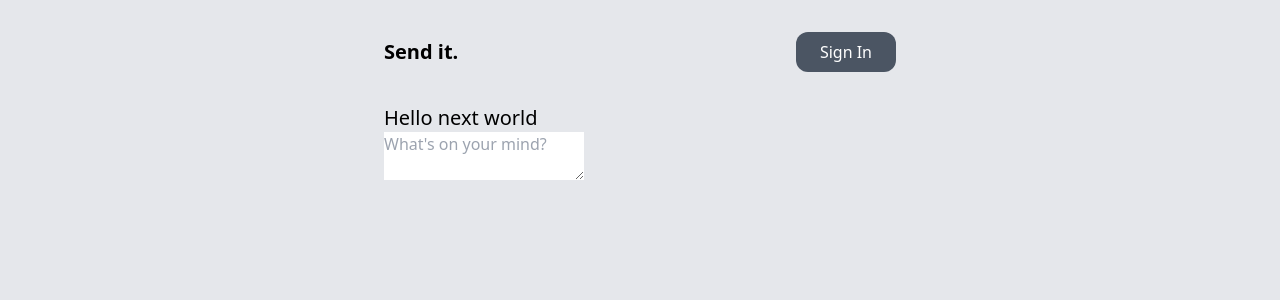
Repository: AMT98/SEND-IT
Page: /
An editor plug-in stored every save of this project. The page is shown before and after the next save, followed by the edit.
The browser window is 1280 px wide. The pictures show the whole page.
The page's requests for data from a server got no answer. The project was rebuilt for these pictures with package versions that can differ from the ones it lists, and the page was loaded fresh each time. The framework's server and built-in components were replaced by stand-ins that run in the browser. No one was signed in, and anything a server would have sent is missing. Also part of the build but not shown: next.config.js, app/auth/Logged.tsx.

Above is the page before, as saved 2023-02-14 16:59:39.

After the next save:
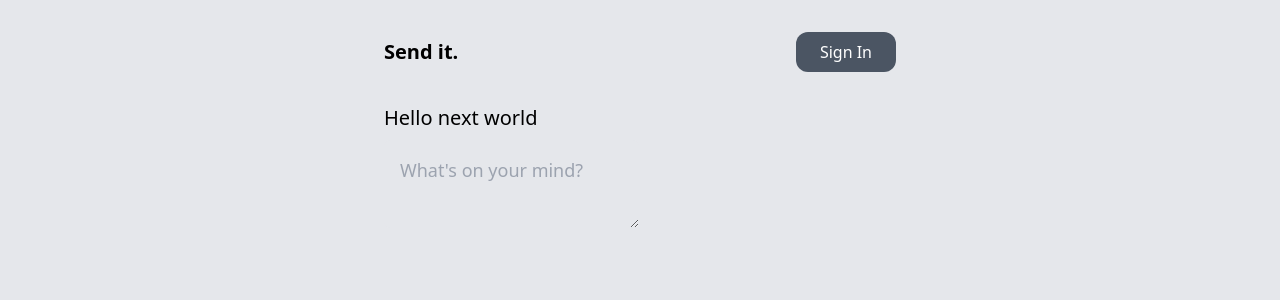
Saved 9 s later.
--- a/app/components/AddPost.tsx
+++ b/app/components/AddPost.tsx
@@ -11,7 +11,7 @@ export default function CreatePost() {
           name="title"
           value={title}
           placeholder="What's on your mind?"
-          className="p-"
+          className="p-4 text-lg rounded-md my-2 bg-gray-200"
         ></textarea>
       </div>
     </form>
